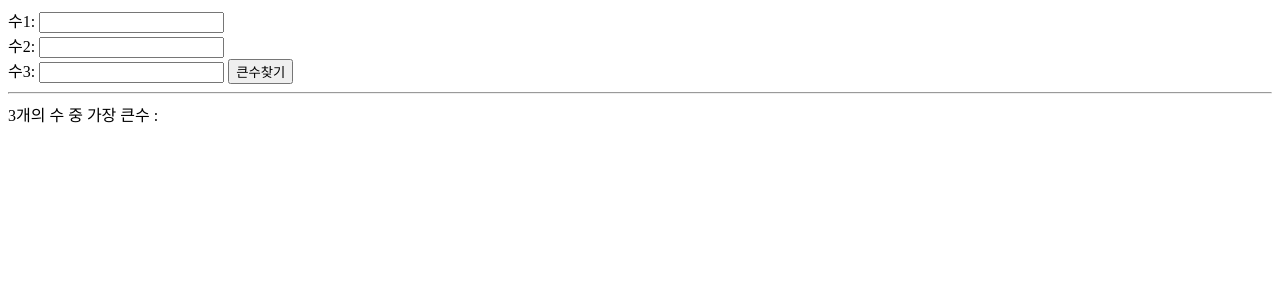
Repository: Jin0207/javaScript
Page: day0103/src/main/webapp/nestedIfTest.html
These files come from the project's save history. The page is drawn as it stood at one moment and after the next save; the edit follows.
The browser window is 1280 px wide. The pictures show the whole page.

Above is the page before, as saved 2022-01-03 05:41:26.
Console error: ReferenceError: documnet is not defined

After the next save:
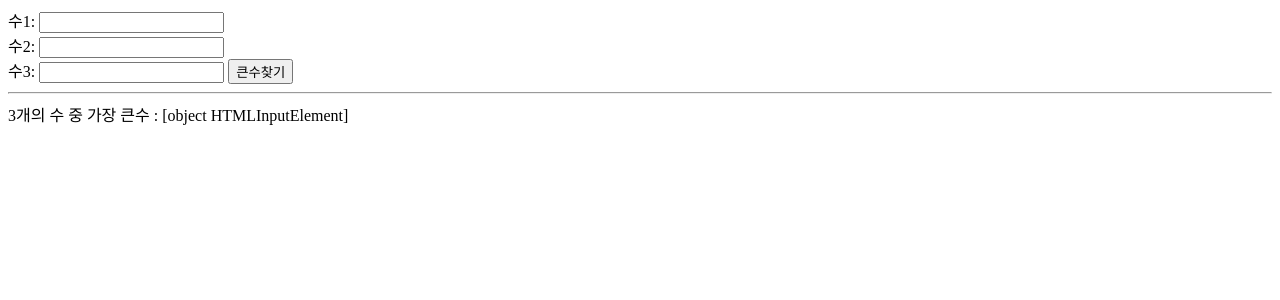
The error is gone.
Saved 24 s later.
--- a/day0103/src/main/webapp/nestedIfTest.html
+++ b/day0103/src/main/webapp/nestedIfTest.html
@@ -5,9 +5,9 @@
 <title>Insert title here</title>
 <script type="text/javascript">
 	window.onload = function max() {
-		const num1 = documnet.getElementById("num1");
-		const num2 = documnet.getElementById("num2");
-		const num3 = documnet.getElementById("num3");
+		const num1 = document.getElementById("num1");
+		const num2 = document.getElementById("num2");
+		const num3 = document.getElementById("num3");
 		let max = num1;
 
 		if(num2 > max){
